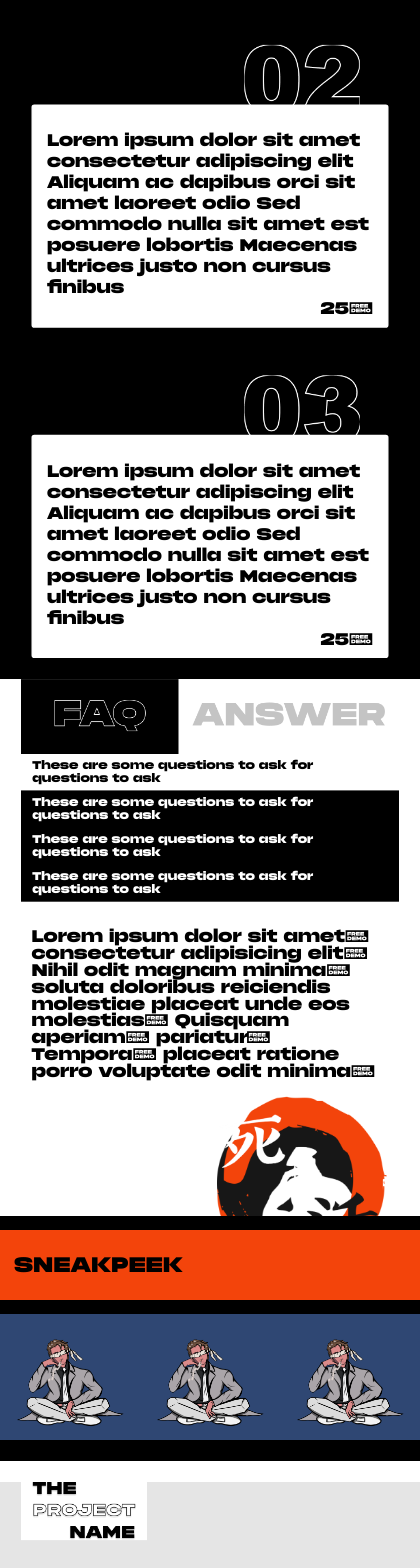
Repository: danishmahmoodawan/Sneakpeak
Page: /
The author's editor kept a copy of each file at every save. The page is drawn from the files as they stood at one save, then again after a run of saves.
The browser window is 600 px wide. The pictures show the part of the page from y = 1463 to 3703 px (the page is 3703 px tall before and 3663 px after), at 70% of full size.
The project was rebuilt for these pictures with package versions that can differ from the ones it lists, and the page was loaded fresh each time.

Above is the page before, as saved 2022-02-28 22:43:57.

### public/index.html
<!DOCTYPE html>
<html lang="en">
  <head>
    <meta charset="utf-8" />
    <meta name="viewport" content="width=device-width, initial-scale=1" />
    <link rel="stylesheet" href="https://cdnjs.cloudflare.com/ajax/libs/twitter-bootstrap/4.6.0/css/bootstrap.min.css">
	<link rel="stylesheet" href="https://cdnjs.cloudflare.com/ajax/libs/font-awesome/5.15.4/css/all.min.css">
	<link rel="stylesheet" href="assets/css/style.css">
	<title>SneakPeak</title>
  </head>
  <body>
    <noscript>You need to enable JavaScript to run this app.</noscript>
    <div id="root"></div>
	<script src="https://cdnjs.cloudflare.com/ajax/libs/jquery/3.5.1/jquery.slim.min.js"></script>
	<script src="https://cdnjs.cloudflare.com/ajax/libs/popper.js/1.16.1/umd/popper.min.js"></script>
  <script src="https://cdnjs.cloudflare.com/ajax/libs/twitter-bootstrap/4.6.0/js/bootstrap.min.js"></script>
  <link rel="stylesheet" href="https://fonts.googleapis.com/css2?family=Inter:wght@100;200;300;400;500;600;700;800;900&display=swap"/>
  <link rel="stylesheet" href="https://fonts.googleapis.com/css2?family=VT323:wght@400&display=swap"/>
  </body>
</html>

### src/App.js
import Home from "./pages/Home";

function App() {
  return (
    <div>
      <Home />
    </div>
  );
}

export default App;

### src/pages/Home.js

import { useState, useEffect } from 'react';
function Home() {

  return (
   <>
 <section className="top_section">
            <div className="container">
                <div className="row">
                    <div className="col-12 text-center top_image">
                        <div className="social_div">
                            <img src="assets/images/ICON_INSTA24.png" alt="ICON_INSTA24" className="desktop_image"/>
                            <img src="assets/images/ICON_MEDIUM25.png" alt="ICON_MEDIUM25" className="desktop_image"/>
                            <img src="assets/images/ICON_OS26.png" alt="ICON_OS26" className="desktop_image"/>
                            <img src="assets/images/ICON_TWITTER27.png" alt="ICON_TWITTER27" className="desktop_image"/>
                            <img src="assets/images/ICON_DISCORD28.png" alt="ICON_DISCORD28" className="desktop_image"/>
                        </div>
                    </div>
                </div>
            </div>
        </section>
        <section className="first_section"></section>

        <section className="second_section">
            <div className="container">
                <div className="row d-flex align-items-center justify-content-center">
                    <div className="col-12 col-md-5 left_sec_col img_col">
                        <div className="row">
                          <div className="col-12 right_inner_sec_col row_set_whi">
                                <div className="row">
                                    <div className="col-4 col_white">
                                        <p>PRICE</p>
                                    </div>
                                    <div className="col-8 col_black">
                                        <p>0.15 Ξ</p>
                                    </div>
                                </div>
                                <div className="row">
                                    <div className="col-4 col_white">
                                        <p>TOTAL</p>
                                    </div>
                                    <div className="col-8 col_black">
                                        <p>1125 / 3333</p>
                                    </div>
                                </div>
                                <div className="row">
                                    <div className="col-4 col_white">
                                        <p>LIMIT</p>
                                    </div>
                                    <div className="col-8 col_black">
                                        <p>5 PER TX</p>
                                    </div>
                                </div>
                            </div>
                        </div>

                    </div>
                    <div className="col-12 col-md-2 left_sec_col text-center">
                        <div className="row"><div className="col-12 icon_size p-0"> <a href="#" target={{target:"_blank"}}> <svg xmlns="http://www.w3.org/2000/svg" width="50" height="40" fill="currentColor" className="bi bi-chevron-compact-up" viewBox="0 0 16 16">
  <path fill-rule="evenodd" d="M7.776 5.553a.5.5 0 0 1 .448 0l6 3a.5.5 0 1 1-.448.894L8 6.56 2.224 9.447a.5.5 0 1 1-.448-.894l6-3z"/>
</svg></a></div>
 </div>
                        <div className="row"><div className="col-12 icon_size p-0"><span className="counts"> 5 </span></div> </div>
                        <div className="row"><div className="col-12 icon_size p-0"><a href="#" target={{target:"_blank"}}> <svg xmlns="http://www.w3.org/2000/svg" width="50" height="40" fill="currentColor" className="bi bi-chevron-compact-down" viewBox="0 0 16 16">
  <path fill-rule="evenodd" d="M1.553 6.776a.5.5 0 0 1 .67-.223L8 9.44l5.776-2.888a.5.5 0 1 1 .448.894l-6 3a.5.5 0 0 1-.448 0l-6-3a.5.5 0 0 1-.223-.67z"/>
</svg></a></div>
 </div>
                    </div>
                    <div className="col-12 col-md-2 mintbtns right_col">
                    <button className=" m-2">MINT <br /> NOW</button>
                    </div>
                </div>
            </div>
        </section>

        <section className="third_section roadmapSec">
            <div className="container">
                <div className="row third_row">
                <div className="col-12 "><h1>ROADMAP</h1></div>
                 </div>
                 <div className="row set_map">
                 <div className="col-sm-12 col-md-4">
                 <div className="btn map_one maptwo btn-primary position-relative">
             <p>    Lorem ipsum dolor sit amet consectetur adipiscing elit Aliquam ac dapibus orci sit amet laoreet odio Sed commodo nulla sit amet est posuere lobortis Maecenas ultrices justo non cursus finibus </p>
  <span className="position-absolute top-0 start-100 translate-middle badge rounded-pill set_ict">
  <img src="assets/images/01.png" alt="PREVIEW_Artboard321293" className="desktop122_image" />
  </span>
  <p className="text-right">25%</p>
</div>
                 </div>
                 <div className="col-sm-12 col-md-4">
                 <div className="btn map_one maptwo btn-primary position-relative">
             <p>    Lorem ipsum dolor sit amet consectetur adipiscing elit Aliquam ac dapibus orci sit amet laoreet odio Sed commodo nulla sit amet est posuere lobortis Maecenas ultrices justo non cursus finibus </p>
  <span className="position-absolute top-0 start-100 translate-middle badge rounded-pill set_ict">
  <img src="assets/images/02.png" alt="PREVIEW_Artboard321293" className="desktop122_image" />
  </span>
  <p className="text-right">25%</p>
</div>
                 </div>
                 <div className="col-sm-12 col-md-4">
                 <div className="btn map_one maptwo btn-primary position-relative">
             <p>    Lorem ipsum dolor sit amet consectetur adipiscing elit Aliquam ac dapibus orci sit amet laoreet odio Sed commodo nulla sit amet est posuere lobortis Maecenas ultrices justo non cursus finibus </p>
  <span className="position-absolute top-0 start-100 translate-middle badge rounded-pill set_ict">
  <img src="assets/images/03.png" alt="PREVIEW_Artboard321293" className="desktop122_image" />
  </span>
  <p className="text-right">25%</p>
</div>
                 </div>
                 </div>
             </div>
        </section>
        <section className="forth_section faq_container">
            <div className="container">
            <div className="row">
            <div className="col-5 col-md-4 col_pading faq_col p-5">
            <img src="assets/images/faq.png" alt="PREVIEW_Artboard321293" className="desktop122_image" />
</div>
            <div className="col-7 col-md-8 anser p-5">
            <img src="assets/images/answer.png" alt="PREVIEW_Artboard321293" className="desktop122_image" />
            </div>
            </div>



<div className="row">
<div className="col-md-4 bg_link faq_tabss p-0">

    <ul className="nav md-pills pills-secondary d-flex flex-column">
      <li className="nav-item">
        <a className="nav-link active" data-toggle="tab" href="#panel11" role="tab">These are some questions to ask for questions to ask</a>
      </li>
      <li className="nav-item">
        <a className="nav-link" data-toggle="tab" href="#panel12" role="tab">These are some questions to ask for questions to ask</a>
      </li>
      <li className="nav-item">
        <a className="nav-link" data-toggle="tab" href="#panel13" role="tab">These are some questions to ask for questions to ask</a>
      </li>
      <li className="nav-item">
        <a className="nav-link" data-toggle="tab" href="#panel14" role="tab">These are some questions to ask for questions to ask</a>
      </li>
    </ul>

  </div>
  <div className="col-md-8 logo_ns">

    <div className="tab-content pt-0">

      <div className="tab-pane fade in show active" id="panel11" role="tabpanel">
        <br />

        <p>Lorem ipsum dolor sit amet, consectetur adipisicing elit. Nihil odit magnam minima, soluta doloribus
          reiciendis molestiae placeat unde eos molestias. Quisquam aperiam, pariatur. Tempora, placeat ratione
          porro voluptate odit minima.</p>
          <img src="assets/images/logo_set.png" alt="LOGO" className="desktop122_image" />


      </div>
      <div className="tab-pane fade" id="panel12" role="tabpanel">
        <br />

        <p>Lorem ipsum dolor sit amet, consectetur adipisicing elit. Nihil odit magnam minima, soluta doloribus
          reiciendis molestiae placeat unde eos molestias. Quisquam aperiam, pariatur. Tempora, placeat ratione
          porro voluptate odit minima.</p>
        <p>Lorem ipsum dolor sit amet, consectetur adipisicing elit. Nihil odit magnam minima, soluta doloribus
          reiciendis molestiae placeat unde eos molestias. Quisquam aperiam, pariatur. Tempora, placeat ratione
          porro voluptate odit minima.</p>

      </div>
      <div className="tab-pane fade" id="panel13" role="tabpanel">
        <br />

        <p>Lorem ipsum dolor sit amet, consectetur adipisicing elit. Nihil odit magnam minima, soluta doloribus
          reiciendis molestiae placeat unde eos molestias. Quisquam aperiam, pariatur. Tempora, placeat ratione
          porro voluptate odit minima.</p>
          <img src="assets/images/logo_set.png" alt="LOGO" className="desktop122_image" />


      </div>
      <div className="tab-pane fade" id="panel14" role="tabpanel">
        <br />

        <p>Lorem ipsum dolor sit amet, consectetur adipisicing elit. Nihil odit magnam minima, soluta doloribus
          reiciendis molestiae placeat unde eos molestias. Quisquam aperiam, pariatur. Tempora, placeat ratione
          porro voluptate odit minima.</p>
        <p>Lorem ipsum dolor sit amet, consectetur adipisicing elit. Nihil odit magnam minima, soluta doloribus
          reiciendis molestiae placeat unde eos molestias. Quisquam aperiam, pariatur. Tempora, placeat ratione
          porro voluptate odit minima.</p>

      </div>


    </div>


</div>

</div>
</div>


        </section>

        <section className="fifth_section">
            <div className="container-fluid fifth_container">
            <div className="row"><div className="col-12">
                <h2 className="road_map">SNEAKPEEK</h2>
            </div></div></div>
        </section>
        <section className="six_section">
            <div className="container-fluid">
            <div className="row">
            <div className="col-4">
            <img src="assets/images/char_img.png" alt="char_img" className="desktop122_image" />
            </div>
            <div className="col-4">
            <img src="assets/images/char_img.png" alt="char_img" className="desktop122_image" />
            </div>
            <div className="col-4">
            <img src="assets/images/char_img.png" alt="char_img" className="desktop122_image" />
            </div>

            </div>
            </div>
        </section>
        <section>
        <div className="row">
            <div className="col-12">
            <div className="empty_div"> </div>
            </div>
            <div className="col-12">
            <div className="empty_divs"> </div>
            </div>
            </div>
        </section>
        <section className="section_seven">
        <div className="container">
        <div className="row">
            <div className="col-4 col_whites ">
            <img src="assets/images/project_name.png" alt="char_img" className="desktop122_image" />
            </div>
            </div>
            </div>
        </section>

	</>
  );
}

export default Home;

### public/assets/css/style.css
html {
  font-family: Inter;
  font-size: 16px;
}
body{
  overflow-x: hidden;
}
@font-face {
  font-family: 'Phonk-cont';
  src: url('../fonts/Phonk-ContrastDEMO.ttf');
}
@font-face {
  font-family: 'Phonk-regular';
  src: url('../fonts/Phonk-ReguularDEMO.ttf');
}
body {
  font-weight: 400;
  font-style:normal;
  text-decoration: none;
  text-transform: none;
  letter-spacing: normal;
  line-height: 1.15;
  color: var(--dl-color-gray-black);
  background-color: var(--dl-color-gray-white);
}
p{
  margin-bottom: 0px;
  font-family: Phonk-cont;
  font-size: 24px;
  font-style: normal;
  font-weight: 400;
  line-height: 24px;
  letter-spacing: 0em;
  text-align: left;
  color:#FFF
}
h2{
  font-family: 'Phonk-cont';
  font-style: normal;
  font-weight: normal;
  font-size: 72px;
  line-height: 72px;
  color: #FFFFFF;
  text-align: center;
  margin-bottom: 0;
}
:root {
  --dl-color-gray-500: #595959;
  --dl-color-gray-700: #999999;
  --dl-color-gray-900: #D9D9D9;
  --dl-size-size-large: 144px;
  --dl-size-size-small: 48px;
  --dl-color-danger-300: #A22020;
  --dl-color-danger-500: #BF2626;
  --dl-color-danger-700: #E14747;
  --dl-color-gray-black: #000000;
  --dl-color-gray-white: #FFFFFF;
  --dl-size-size-medium: 96px;
  --dl-size-size-xlarge: 192px;
  --dl-size-size-xsmall: 16px;
  --dl-space-space-unit: 16px;
  --dl-color-primary-100: #003EB3;
  --dl-color-primary-300: #0074F0;
  --dl-color-primary-500: #14A9FF;
  --dl-color-primary-700: #85DCFF;
  --dl-color-success-300: #199033;
  --dl-color-success-500: #32A94C;
  --dl-color-success-700: #4CC366;
  --dl-size-size-xxlarge: 288px;
  --dl-size-size-maxwidth: 1400px;
  --dl-radius-radius-round: 50%;
  --dl-space-space-halfunit: 8px;
  --dl-space-space-sixunits: 96px;
  --dl-space-space-twounits: 32px;
  --dl-radius-radius-radius2: 2px;
  --dl-radius-radius-radius4: 4px;
  --dl-radius-radius-radius8: 8px;
  --dl-space-space-fiveunits: 80px;
  --dl-space-space-fourunits: 64px;
  --dl-space-space-threeunits: 48px;
  --dl-space-space-oneandhalfunits: 24px;
}

.desktop122_image{
  width: 100%;
}
/* css start */
.top_section{
  background-color: #222222;
  padding: 10px;
}
.empty_div{
height: 30px;
background: #000;
}
.empty_divs{
height: 30px;
background: white;
}
.section_seven{
background:#E5E5E5;
padding-bottom: 40px;
}
.col_whites{
background: white;
}
.col_white img{
  margin-top: -15px;
}
.top_content .button{
  font-family: VT323;
  font-style: normal;
  font-weight: normal;
  font-size: 16px;
  line-height: 16px;
  color: #222222;
}
.first_section{
  background-image: url('images/banner_home.png');
  background-repeat: no-repeat;
  background-size: cover;
  height: 100vh;
  background-position: center;
}
.second_section{
  background-image: url('images/aksc.png');
    background-repeat: no-repeat;
    background-size: inherit;
    background-position: center;
    margin: -30px;
    width: 100%;
}
.third_row h1{
  font-family: Phonk-cont;
  font-style: normal;
  font-weight: 600;
  font-size: 100px;
  text-align: center;
  color: white;
}
.col_white p{
  color: #fff;
  padding: 8px 0;
  text-align: center;
}

.col_black p{
  color: #F3440B;
  padding: 8px 0;
  text-align: right;
}
.img_col{
  padding: 32px 20px !important;
}
.mintbtns button{
  background: #F3440B;
border-radius: 10px;
color: white;
padding: 44px 25px;
font-family: Phonk-cont;
font-weight: 600;
font-size: 36px;
line-height: 46px;
border-color: #F3440B;
}
.mintbtns button:hover{
  background: #bc350a;
}
.counts{
  font-family: Phonk-cont;
  font-style: normal;
  font-weight: 600;
  font-size: 55px;
  color: white;
}
.icon_size{
color: white;
}
.icon_size a{
  color: white;
}
.icon_size a:hover{
  color: #F3440B;
}
.second_section .row{
  align-items: center;
}
.left_sec_col{
  background-color: #000;
  padding: 20px 15px;
  border-radius: 10px;
  margin-left: 10px;
  margin-right: 10px;
}

.pluss_minus_row{
  padding: 40px;
}
.second_section a.button{
  background: linear-gradient(90.9deg, #35A9AD 0%, #9D4DB1 100%);
  color: #FFF;
  font-family: VT323;
  display: block;
  text-decoration: none;
  max-width: 370px;
  margin: 0 auto;
  margin-top: 30px;
  cursor: pointer;
}
.map_one{
  background: #444444;
  border: 2px solid #FFFFFF;
box-sizing: border-box;
padding: 35px 20px 10px 20px;
margin-top: 16%;
}
.roadmapSec{
padding: 5% 0;
}
.maptwo{
  background: white;
}
.maptwo p{
  color: #000;
}
.forth_section img{
width: 80%;
}
.map_one p{
  line-height: 30px;
}
.maptwo .badge{
top: -118px !important;
}
.maptwo img{
  width: 82%;
}
.map_one .badge{
  top: -90px;
  right: -19px;

}
.set_ict{
  font-family: Phonk-cont;
  font-style: normal;
  font-weight: 600;
  font-size: 100px;
  text-align: center;
  color: white;
}
.map_one:hover{
  background: #444444;
  border: 2px solid #FFFFFF;
}
.maptwo:hover{
  background: white;
}
.map_one:active, .map_one:focus{
  background-color: #444444 !important;
  box-shadow: none !important;
  border-color: #fff !important;
}
.map_two:active, .map_two:focus{
  background-color: white !important;
  box-shadow: none !important;
  border-color: #fff !important;
}
.map_one:not(:disabled):not(.disabled){
  cursor: auto;
}
p.sol{
  color: rgba(34, 34, 34, 0.5);
  text-align: center;
  padding-top: 8px;
}
.third_section{
  background-color: black;
  padding-top: 7%;
}
.faq_container{
  background: white;
}
.faq_container h2{
  padding: 0 30px;

}
.faq_col{
background: black;
display: block;
text-align: center;
}
.bg_link{
  background: black;
}

.forth_left_col{
  background-color: #222222;
}
.forth_section p{
  margin: 20px 0;
  color: black;
}
.logo_ns img{
width: 50%;
float: right;
}
.forth_left_col p{
  background-color: #111111;
  color: #FFF;
  padding: 10px 20px;
}
.forth_right_col{
  padding-left: 100px;
}
.forth_right_col p{
  color: #111111;
}
.fifth_section{
  background: black;
  padding: 50px 0;
}
.fifth_section .container:not(:last-child) {
  background: #C4C4C4;
  max-width: 900px;
  margin: 0 auto;
  padding: 50px 30px 100px;
}

.fifth_section h2.road_map{
  font-size: 120px;
  line-height: 60px;
color:black;
text-align: left;
}
.fifth_section p{
  color: #111111;
}
.fifth_container{
background: #F3440B;
padding: 20px;
}
.six_section{
background: #2f4773;
}
.fifth_left_col{
  background-color: #FFF;
  border-right: 8px solid rgba(17, 17, 17, 0.5);
  border-bottom: 8px solid rgba(17, 17, 17, 0.5);
}
.fifth_left_col h2{
  font-size: 100px;
  line-height: 100px;
  color: #000000;
  padding: 20px;
}
.fifth_last_row .fifth_left_col{
  background: linear-gradient(90.9deg, #35A9AD 0%, #9D4DB1 100%);
  border-right: 8px solid rgba(255, 255, 255, 0.5);
  border-bottom: 8px solid rgba(255, 255, 255, 0.5);
}
.fifth_last_row .fifth_left_col h2{
  color: #FFF;
}
.logo_container{
  background-color: #FFF;
}
/* FAQ Start */
.faq_tabss a{
color: white;
font-family: Phonk-cont;
}
.faq_tabss .active{
background: white;
color: black;
}
/* FAQ STart */
/* media query */
@media only screen and (min-width: 1025px) {

}
@media only screen and (max-width: 1024px) and (min-width: 992px) {

  .first_section{
    height: 26vh;
    background-size: contain;
  }
  .right_third_col{
    background-size: cover;
  }
}

@media only screen and (max-width: 992px) and (min-width: 768px) {
  .first_section{
    height: 26vh;
  }
  .pluss_minus_row{
    padding: 25px;
  }
  .col_white p ,.col_black p{
    font-size: 18px;
  }
  .right_third_col{
    background-size: cover;
  }
}
@media only screen and (max-width: 767px) {
  h2{
    font-size: 36px;
    line-height: 42px;
  }
  .third_row h1, .fifth_section h2.road_map{
    font-size: 30px;
  }
  .right_col {
text-align: center;
  }
  .left_sec_col{
    border-radius: 0;
  }
  .map_one{
    margin-top: 30%;
  }
  .first_section {
    background-size: cover;
    height: 25vh;
  }
  .top_section .col-6{
padding: 0;
  }
  .right_sec_col{
    padding-top: 30px;
  }
  .second_section{
    margin: 0;
  }
  .row_set_whi{
    margin: 10px 0;
  }
  .col_pading{
padding: 30px !important;
  }
  .anser{
    padding: 33px 20px !important;
  }
  .anser img{
width: 100% !important;
  }
  .right_third_col .container{
    position: initial
  }
  .right_third_col .container .row{
    margin-top: 20px;
  }
  .right_third_col a{
    margin-bottom: 10px;
  }
  .forth_right_col{
    padding: 0 15px ;
  }

  .fifth_section{
padding: 20px 0;
  }
  body, html{
    overflow-x: hidden;
  }
}

@media only screen and (max-width: 767px) and (min-width: 540px) {
  .first_section{
    height: 33vh;
    background-size:  cover;
  }
}

Loaded but not shown: src/index.js (common file); src/index.css (common file); src/reportWebVitals.js (common file)

After the next 4 saves:
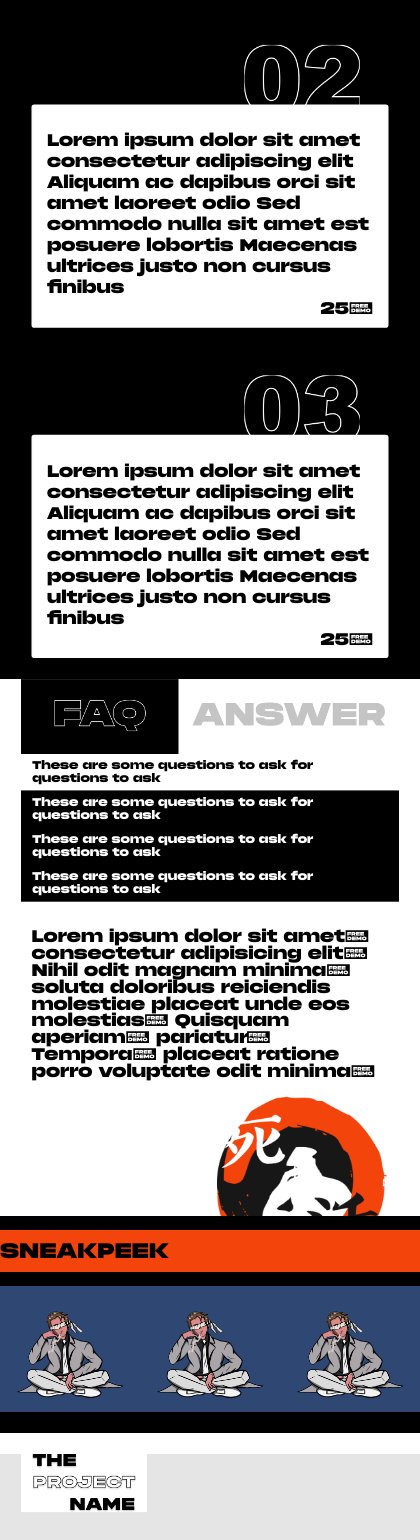
The 4 saves are shown as one change because they came seconds apart.
The last was saved 62 s later.
--- a/public/assets/css/style.css
+++ b/public/assets/css/style.css
@@ -461,6 +461,9 @@ width: 100% !important;
   .fifth_section{
 padding: 20px 0;
   }
+  .fifth_container{
+    padding: 0;
+  }
   body, html{
     overflow-x: hidden;
   }
